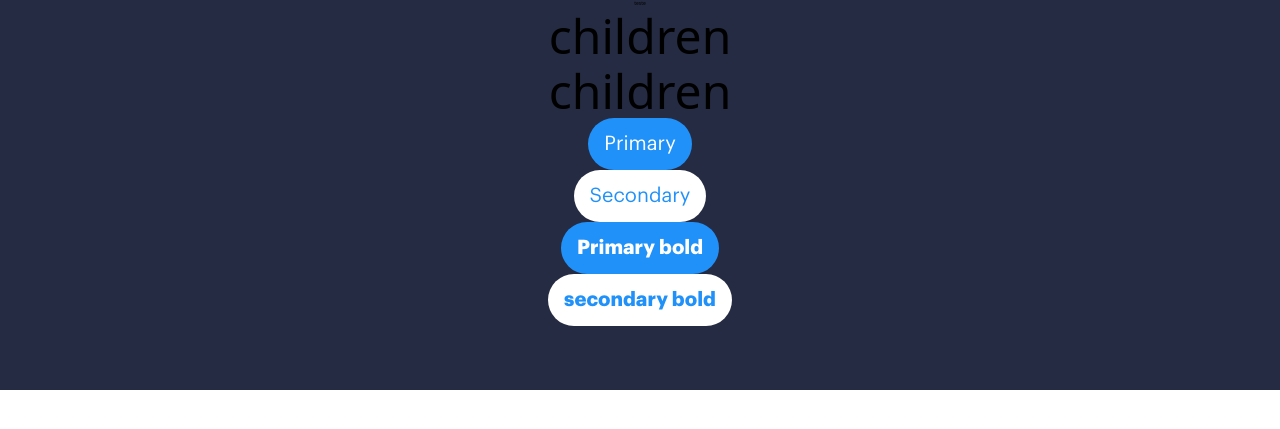
Repository: SK3010z/figmaland-tailwind
Page: /
These files come from the project's save history. The page is drawn as it stood at one moment and after the next save; the edit follows.
The browser window is 1280 px wide. The pictures show the whole page.
The project was rebuilt for these pictures with package versions that can differ from the ones it lists, and the page was loaded fresh each time. Also part of the build but not shown: vite.config.js, src/mediaQueries.jsx.

Above is the page before, as saved 2024-08-16 15:45:20.

### index.html
<!doctype html>
<html lang="en">
  <head>
    <meta charset="UTF-8" />
    <link rel="icon" type="image/svg+xml" href="/vite.svg" />
    <meta name="viewport" content="width=device-width, initial-scale=1.0" />
    <title>FigmaLand</title>
  </head>
  <body>
    <div id="root"></div>
    <script type="module" src="/src/main.jsx"></script>
  </body>
</html>

### src/main.jsx
import { StrictMode } from 'react'
import { createRoot } from 'react-dom/client'
import App from './App.jsx'
import MediaQueries from './mediaQueries.jsx'
import './index.css'

createRoot(document.getElementById('root')).render(
  <StrictMode>
    <App/>
  </StrictMode>,
)

### src/App.jsx
import { Button } from "./components/Button"
import { Heading } from "./components/Heading"
function App() {
  return (
    <div className="bg-darkBackground justify-center pb-16 text-center justify-items-center">
      <h1 className="text-[5px]">teste</h1>
      <Heading>Hello World of heading 1</Heading>
      <Heading type='h2'>Hello World of heading 2</Heading>

      <Button>Primary</Button>
      <Button variant="secondary">Secondary</Button>
      <Button isBold>Primary bold</Button>
      <Button variant="secondary" isBold>secondary bold</Button>
    </div>
  )
}

export default App

### src/index.css
@tailwind base;
@tailwind components;
@tailwind utilities;

@font-face {
  font-family: "Graphik-bold";
  src: url(./fonts/Graphik/Graphik-Bold-Trial.otf) format("opentype");
  font-style: normal;
  font-display: swap;
}
@font-face {
  font-family: "Graphik";
  src: url(./fonts/Graphik/Graphik-Regular-Trial.otf) format("opentype");
  font-style: normal;
  font-display: swap;
}

### src/components/Button/index.jsx
export const Button = ({ children, variant = "primary", isBold = false }) => {
  return (
    <button
      className={`flex m-auto items-center justify-center p-4 rounded-full bg-primary font-graphik text-xl leading-5
        ${
          variant === "primary"
            ? "bg-primary text-white"
            : "bg-white text-primary"
        }
        ${isBold && "font-graphik-bold"}
      `}
    >
      {children}
    </button>
  );
};

### src/components/Heading/index.jsx
export const Heading = (children, type = "h1") => {
    if (type == "h1") {
        return <h1 className="">children</h1>;
    }
    return <h2 className="text-5xl leading-[55px]">children</h2>;
};

### tailwind.config.js
/** @type {import('tailwindcss').Config} */
export default {
  content: [
    "./index.html",
    "./src/**/*.{js,ts,jsx,tsx}",
  ],
  theme: {
    extend: {
      fontFamily: {
        'graphik': ['Graphik','sans-serif'],
        'graphik-bold': ['Graphik-bold','sans-serif']
      },
      colors: {
        primary: '#2091F9',
        text: '#252B42',
        decondaryText: '#374754',
        darkBackground: '#252B42'
      }
    },
  },
  plugins: [],
}

After the next save:
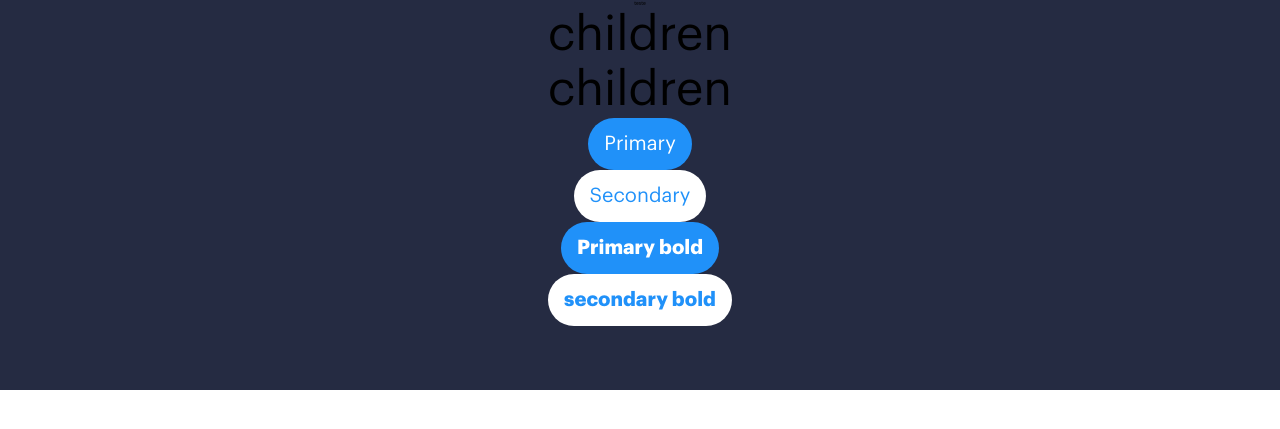
Saved 79 s later.
--- a/src/components/Heading/index.jsx
+++ b/src/components/Heading/index.jsx
@@ -2,5 +2,5 @@
     if (type == "h1") {
         return <h1 className="">children</h1>;
     }
-    return <h2 className="text-5xl leading-[55px]">children</h2>;
+    return <h2 className="text-5xl leading-[55px] font-graphik">children</h2>;
 };
